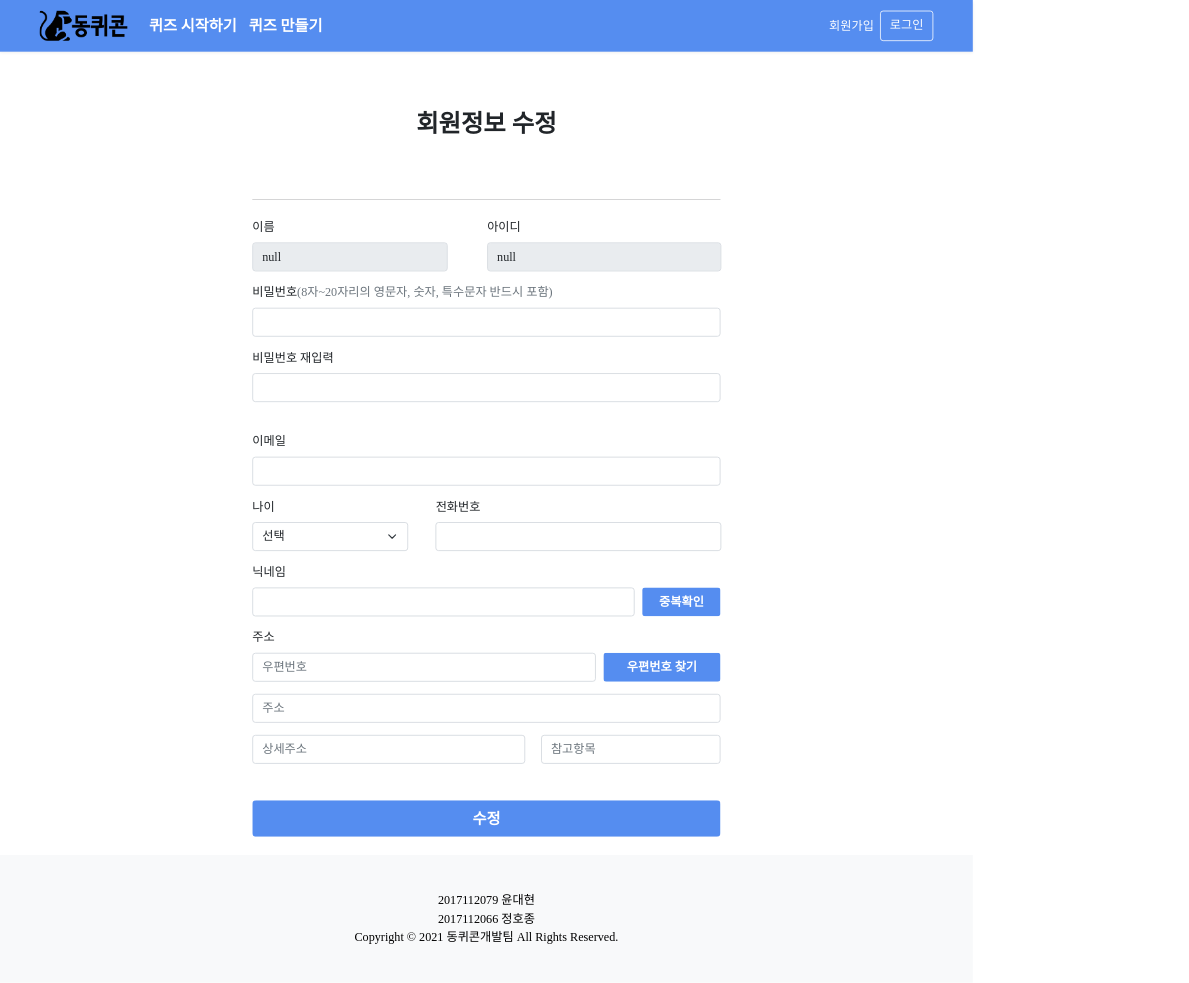
Repository: eogus0512/Quiz_WebProject
Page: http://localhost/Quiz_WebProject/myPage.jsp
These files come from the project's save history. The page is drawn as it stood at one moment and after the next save; the edit follows.
The browser window is 1280 px wide. The page is 1280 px wide, then 1565 px, so the pictures cover 1565 px, including what lies to the right of the window. The pictures show the whole page, at 76% of full size.
Some web fonts or font styles are not loaded; a fallback is used. The page is served by Tomcat 9.

Above is the page before, as saved 2021-12-12 10:37:06.

After the next save:
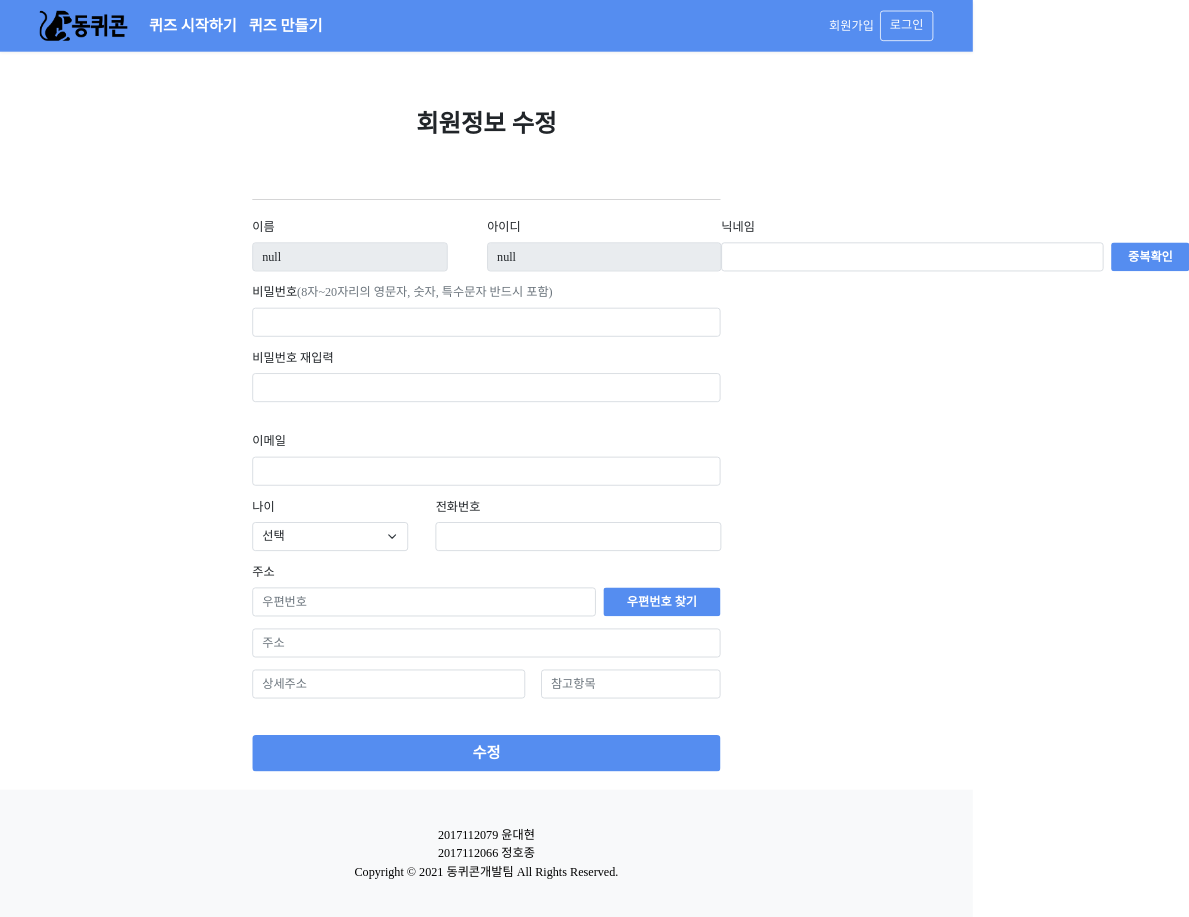
Saved 3 min 14 s later.
--- a/Quiz_WebProject/WebContent/myPage.jsp
+++ b/Quiz_WebProject/WebContent/myPage.jsp
@@ -127,10 +127,17 @@
                 <label for="UserName" class="form-label">이름</label>
                 <input type="text" class="form-control" name="UserName" id="UserName" value="<%=session.getAttribute("UserName") %>" disabled>
             </div>
-				<div class="col-6">
-				    <label for="LoginID" class="form-label">아이디</label>
-				    <input type="id" class="form-control" name="LoginID" id="LoginID" placeholder="" style="margin-right: 10px" value="<%=session.getAttribute("LoginID") %>" disabled>
-				</div>
+			<div class="col-6">
+			    <label for="LoginID" class="form-label">아이디</label>
+			    <input type="id" class="form-control" name="LoginID" id="LoginID" placeholder="" style="margin-right: 10px" value="<%=session.getAttribute("LoginID") %>" disabled>
+			</div>
+			<div class="col-12">
+                <label for="NickName" class="form-label">닉네임</label>
+                <div class="col-12 d-flex">
+                    <input type="text" class="form-control" name="NickName" id="NickName" placeholder="" style="margin-right: 10px" required>
+                    <button class="col-2 btn" style="background-color: #558DF0; color:white;" onclick="openCheckNickName()"><b>중복확인</b></button>
+                </div>
+            </div>
         	</div>
 
             <div class="col-12">
@@ -176,13 +183,6 @@
                 </div>
             </div>
             <div class="col-12">
-                <label for="NickName" class="form-label">닉네임</label>
-                <div class="col-12 d-flex">
-                    <input type="text" class="form-control" name="NickName" id="NickName" placeholder="" style="margin-right: 10px" required>
-                    <button class="col-2 btn" style="background-color: #558DF0; color:white;" onclick="openCheckNickName()"><b>중복확인</b></button>
-                </div>
-            </div>
-            <div class="col-12">
                 <label for="postCode" class="form-label">주소</label>
                 <div class="col-12 d-flex">
                     <input type="text" class="form-control" name="postCode" id="postCode" placeholder="우편번호" style="margin-right: 10px" required>
